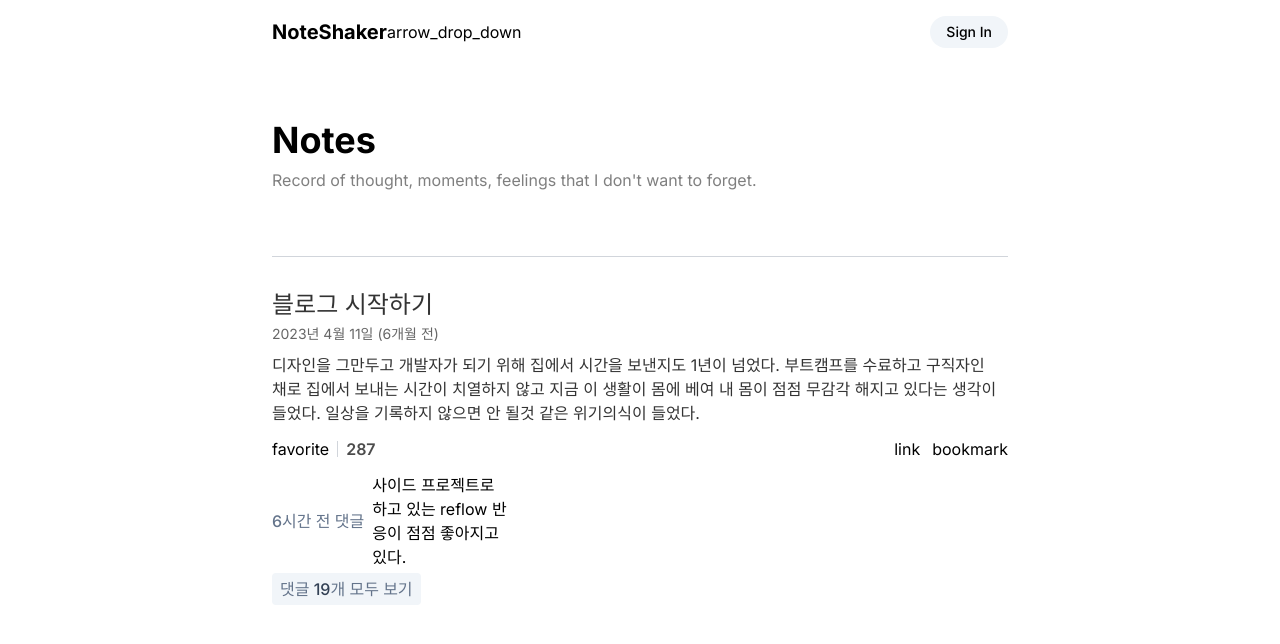
Repository: kwngmin/gongam
Page: /
The author's editor kept a copy of each file at every save. The page is drawn from the files as they stood at one save, then again after the next save.
The browser window is 1280 px wide. The pictures show the whole page.
The page's requests for data from a server got no answer. The project was rebuilt for these pictures with package versions that can differ from the ones it lists, and the page was loaded fresh each time. The framework's server and built-in components were replaced by stand-ins that run in the browser. No one was signed in, and anything a server would have sent is missing. Also part of the build but not shown: next.config.js, src/components/ui/icons/SearchIcon.tsx, src/components/Avatar.tsx, src/components/ui/DockButton.tsx, src/components/ui/Dockbar.tsx.

Above is the page before, as saved 2023-11-05 01:09:19.

### src/app/layout.tsx
import type { Metadata } from 'next';
import { Inter } from 'next/font/google';
import './globals.css';
import Navbar from '@/components/ui/Navbar';
import 'material-symbols';
import AuthContext from '../context/AuthContext';
import { Analytics } from '@vercel/analytics/react';
import Head from 'next/head';
import Dockbar from '@/components/ui/Dockbar';
import SWRConfigContext from '@/context/SWRConfigContext';

const inter = Inter({ subsets: ['latin'] });

export const metadata: Metadata = {
  title: 'NoteShaker',
  description: 'Record of thought, moments, feelings',
};

export default function RootLayout({
  children,
}: {
  children: React.ReactNode;
}) {
  return (
    <html lang='en' className={inter.className}>
      <Head>
        <meta
          name='viewport'
          content='initial-scale=1.0,user-scalable=no,maximum-scale=1,width=device-width'
        />
      </Head>
      <body className='h-screen flex relative flex-col'>
        <AuthContext>
          <header className='sticky top-0 w-full max-w-screen-md mx-auto px-4'>
            <Navbar />
          </header>
          <main className='grow w-full overflow-auto'>
            <SWRConfigContext>{children}</SWRConfigContext>
          </main>
          <footer className=''>
            <Dockbar />
          </footer>
          <Analytics />
        </AuthContext>
      </body>
    </html>
  );
}

### src/app/page.tsx
import NotePost from '@/components/NotePost';
import Title from '@/components/ui/Title';

export default function Home() {
  const titleData = {
    title: `Notes`,
    description: `Record of thought, moments, feelings that I don't want to forget.`,
  };
  return (
    <section className='max-w-screen-md mx-auto px-4 h-fit'>
      <Title titleData={titleData} />
      <NotePost />
    </section>
  );
}

### src/app/globals.css
@tailwind base;
@tailwind components;
@tailwind utilities;

:root {
  --foreground-rgb: 0, 0, 0;
  --background-start-rgb: 214, 219, 220;
  --background-end-rgb: 255, 255, 255;
  --app-height: 100%;
}

@media (prefers-color-scheme: dark) {
  :root {
    --foreground-rgb: 255, 255, 255;
    --background-start-rgb: 0, 0, 0;
    --background-end-rgb: 0, 0, 0;
  }
}

@supports (-webkit-touch-callout: none) {
  .h-screen {
    height: -webkit-fill-available;
  }
}

/* font-variation-settings: 'FILL' 1, 'wght' 400, 'GRAD' 0, 'opsz' 40; */
.material-symbols-rounded {
  font-variation-settings: 'wght' 400;
  /* font-variation-settings: 'FILL' 1, 'wght' 600, 'GRAD' 0, 'opsz' 48; */
  &.filled {
    font-variation-settings: 'FILL' 1;
  }
  &.medium {
    font-size: 28px;
  }
  &.large {
    font-size: 32px;
  }
  &.xlarge {
    font-size: 36px;
  }
}

// 탭 하이라이트 제거
@layer base {
  html {
    -webkit-tap-highlight-color: transparent;
    /* 익스플로러 IE 10 확대 제어 */
    -ms-content-zooming: none;
    -ms-touch-action: pan-x pan-y;
  }
}

// safe-area 하단 대응
@layer utilities {
  .pb-safe {
    padding-bottom: env(safe-area-inset-bottom);
  }
}
/* footer {
  padding-bottom: constant(safe-area-inset-bottom);
  padding-left: constant(safe-area-inset-left);
  padding-right: constant(safe-area-inset-right);

  padding-bottom: env(safe-area-inset-bottom);
  padding-left: env(safe-area-inset-left);
  padding-right: env(safe-area-inset-right);
} */

// safe-area 상단 대응

body {
  padding: 0;
  margin: 0;
  width: 100%;
  overflow: hidden;
  touch-action: none;
}

.dockbar {
  padding-bottom: env(safe-area-inset-bottom);
}

### src/components/ui/Navbar.tsx
'use client';
import Link from 'next/link';
import SearchIcon from './icons/SearchIcon';
import ArrowDropDownIcon from './icons/ArrowDropDownIcon';
import { getServerSession } from 'next-auth';
import { authOptions } from '@/pages/api/auth/[...nextauth]';
import { usePathname } from 'next/navigation';
import { useSession } from 'next-auth/react';
import { useEffect, useState } from 'react';

export default function Navbar() {
  const pathName = usePathname();
  const { data: session } = useSession();
  const [isLoading, setIsLoading] = useState(true);

  // const session = await getServerSession(authOptions);
  // console.log(session);
  if (pathName === '/auth/signin') {
    return true;
  }
  console.log(session);
  return (
    <div className='h-16 flex items-center justify-between'>
      <Link href='/'>
        <div className='flex items-center'>
          <h1 className='text-lg md:text-xl font-bold'>NoteShaker</h1>
          <ArrowDropDownIcon />
        </div>
      </Link>
      {session ? (
        <Link href='/search'>
          <div className='flex items-center w-9 h-9 hover:bg-gray-100 justify-center rounded-2xl'>
            <SearchIcon />
          </div>
        </Link>
      ) : (
        <Link href='/auth/signin'>
          <div className='bg-slate-100 hover:bg-slate-200 rounded-full px-4 h-8 flex items-center font-medium text-sm select-none'>
            Sign In
          </div>
        </Link>
      )}
    </div>
  );
}

### src/context/AuthContext.tsx
'use client';
import { SessionProvider } from 'next-auth/react';
import { ReactNode } from 'react';
type Props = {
  children: ReactNode;
};
export default function AuthContext({ children }: Props) {
  return <SessionProvider>{children}</SessionProvider>;
}

### src/context/SWRConfigContext.tsx
'use client';

import { ReactNode } from 'react';
import { SWRConfig } from 'swr';

type Props = {
  children: ReactNode;
};
export default function SWRConfigContext({ children }: Props) {
  return (
    <SWRConfig
      value={{
        fetcher: (url: string) => fetch(url).then(res => res.json()),
      }}
    >
      {children}
    </SWRConfig>
  );
}

### src/components/NotePost.tsx
'use client';
import RoundIcon from './ui/icons/RoundIcon';
import { BsFillChatFill } from 'react-icons/bs';

export default function NotePost() {
  return (
    <div className='py-8 border-t border-gray-300'>
      <h2 className='text-xl lg:text-2xl font-bold lg:font-medium text-black/80'>
        블로그 시작하기
      </h2>
      <time className='text-black/60 text-sm'>2023년 4월 11일 (6개월 전)</time>
      <div className='text-black/80 mt-2 break-keep'>
        <p>
          디자인을 그만두고 개발자가 되기 위해 집에서 시간을 보낸지도 1년이
          넘었다. 부트캠프를 수료하고 구직자인 채로 집에서 보내는 시간이
          치열하지 않고 지금 이 생활이 몸에 베여 내 몸이 점점 무감각 해지고
          있다는 생각이 들었다. 일상을 기록하지 않으면 안 될것 같은 위기의식이
          들었다.
        </p>
      </div>
      <div className='flex justify-between items-center my-3'>
        <div className='flex items-center gap-2'>
          <RoundIcon name='favorite' style='' />
          <span className='border-l border-gray-300 flex h-4' />
          <span className='font-semibold text-black/70'>287</span>
        </div>
        <div className='flex items-center gap-3'>
          <RoundIcon name='link' style='' />
          <RoundIcon name='bookmark' style='' />
        </div>
      </div>
      <div className='flex flex-col gap-1'>
        <div className='flex items-center gap-2 text-ellipsis overflow-hidden w-60'>
          <span className='text-slate-500 font-medium shrink-0'>
            6시간 전 댓글
          </span>
          <span className='text-ellipsis'>
            사이드 프로젝트로 하고 있는 reflow 반응이 점점 좋아지고 있다.
          </span>
          {/* <RoundIcon filled name='chat' style='' /> */}
        </div>
        <span className='w-fit cursor-pointer py-1 px-2 bg-slate-100 rounded text-slate-500 select-none font-medium'>
          {/* 댓글 달기 */}
          댓글 <span className='font-medium text-slate-700'>19</span>개 모두
          보기
        </span>
      </div>
    </div>
  );
}

### src/components/ui/Title.tsx
type TitleData = {
  title: string;
  description: string;
};
export default function Title({ titleData }: { titleData: TitleData }) {
  const { title, description } = titleData;
  return (
    <div className='pt-14 pb-16'>
      <h1 className='text-3xl md:text-4xl font-bold mb-2'>{title}</h1>
      <p className='text-black/50 break-keep'>{description}</p>
    </div>
  );
}

### src/components/ui/icons/ArrowDropDownIcon.tsx
export default function ArrowDropDownIcon() {
  return (
    <span className='material-symbols-rounded fillIcon'>arrow_drop_down</span>
  );
}

### src/components/ui/icons/RoundIcon.tsx
type Props = {
  filled?: boolean;
  style?: string;
  name: string;
};
export default function RoundIcon({ filled = false, style, name }: Props) {
  return (
    <span
      className={`material-symbols-rounded ${
        filled ? 'filled' : ''
      } ${style} select-none`}
    >
      {name}
    </span>
  );
}

Loaded but not shown: tailwind.config.js (common file)

After the next save:
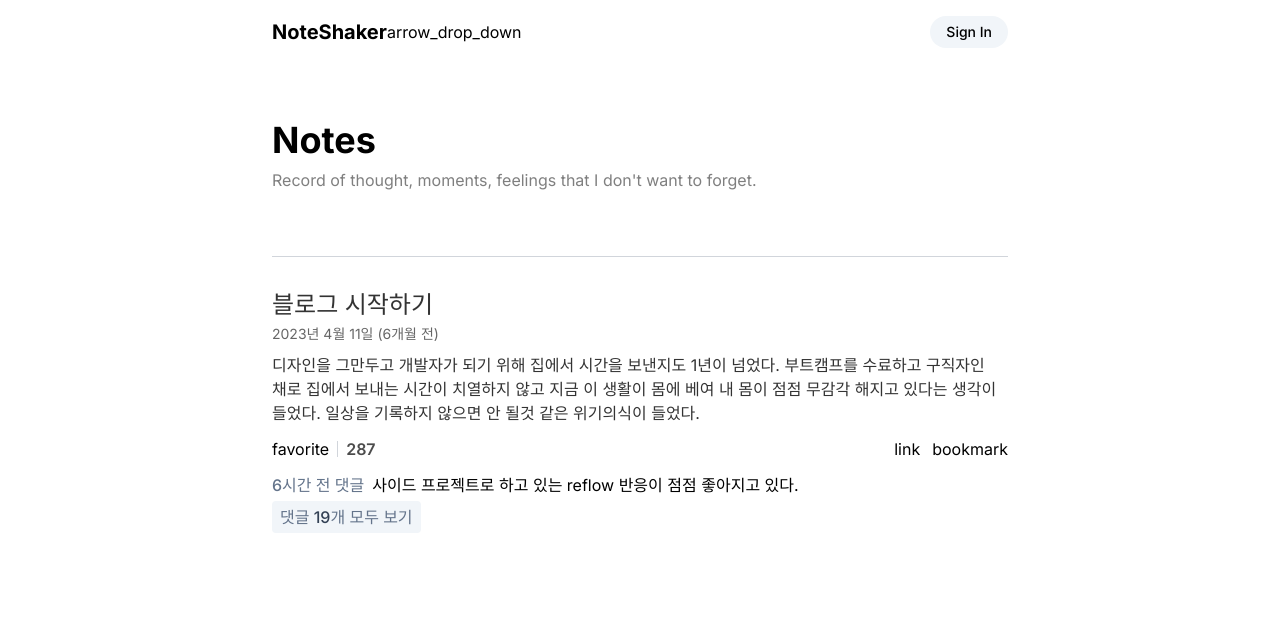
Saved 8 s later.
--- a/src/components/NotePost.tsx
+++ b/src/components/NotePost.tsx
@@ -30,7 +30,7 @@ export default function NotePost() {
         </div>
       </div>
       <div className='flex flex-col gap-1'>
-        <div className='flex items-center gap-2 text-ellipsis overflow-hidden w-60'>
+        <div className='flex items-center gap-2 text-ellipsis overflow-hidden'>
           <span className='text-slate-500 font-medium shrink-0'>
             6시간 전 댓글
           </span>
